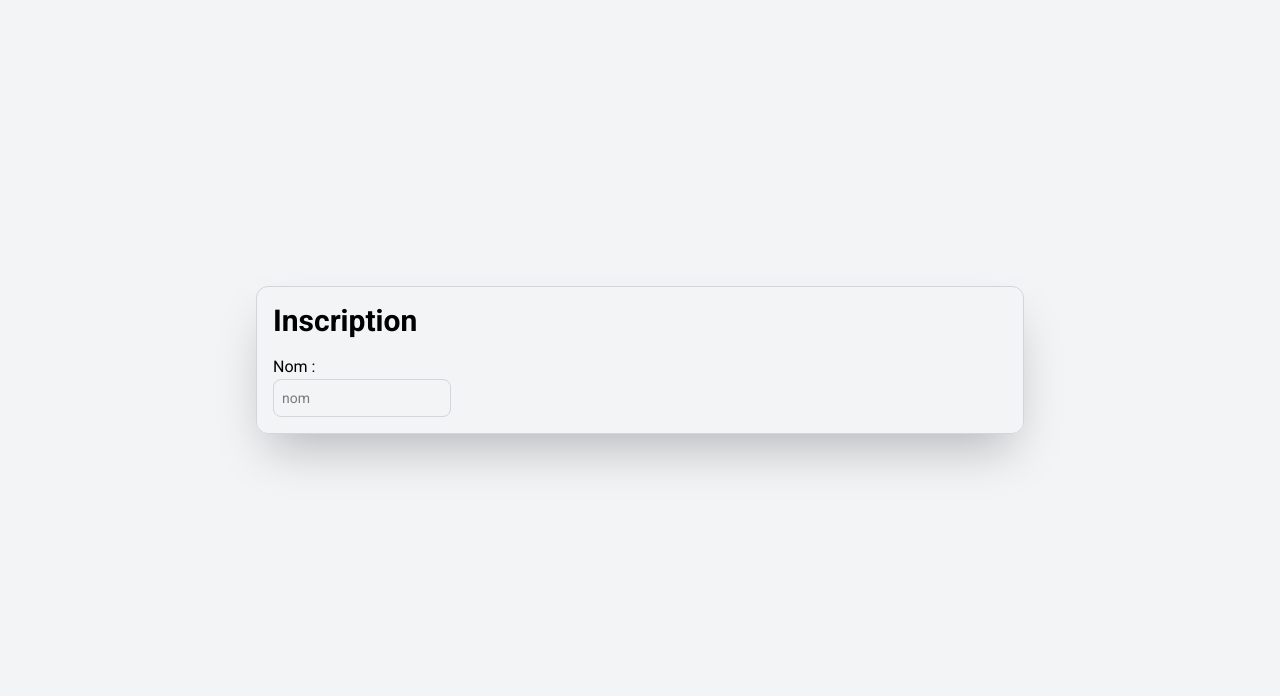
Repository: fahchouchsm/clubSportifWeb
Page: src/pages/inscription.html
These files come from the project's save history. The page is drawn as it stood at one moment and after the next save; the edit follows.
The browser window is 1280 px wide. The pictures show the whole page.

Above is the page before, as saved 2025-04-16 18:15:33.

### src/pages/inscription.html
<!doctype html>
<html lang="en">
  <head>
    <meta charset="UTF-8" />
    <meta name="viewport" content="width=device-width, initial-scale=1.0" />
    <link href="../css/output.css" rel="stylesheet" />
    <link rel="stylesheet" href="../css/main.css" />
    <title>Document</title>
  </head>
  <body>
    <div class="flex h-screen w-screen items-center justify-center bg-gray-100">
      <main
        class="mx-auto flex w-full max-w-3xl rounded-xl border border-gray-300 p-4 shadow-2xl"
      >
        <img src="" alt="" />
        <form action="" method="post" class="flex w-full flex-col gap-4">
          <h1 class="text-3xl font-bold">Inscription</h1>
          <div class="flex">
            <div class="">
              <label for="nom"> Nom : </label>
              <input
                class="block w-full rounded-lg border border-gray-300 bg-gray-50 p-2 ps-10 text-sm text-gray-900 focus:border-blue-500 focus:ring-blue-500"
                type="text"
                name="nom"
                id="nom"
                placeholder="nom"
              />
            </div>
          </div>
        </form>
      </main>
    </div>
  </body>
</html>

### src/css/main.css
@import url("https://fonts.googleapis.com/css2?family=Roboto:wght@400;700&display=swap");

body {
  font-family: "Roboto", sans-serif;
}

Loaded but not shown: src/css/output.css (1058 lines, source omitted)

After the next save:
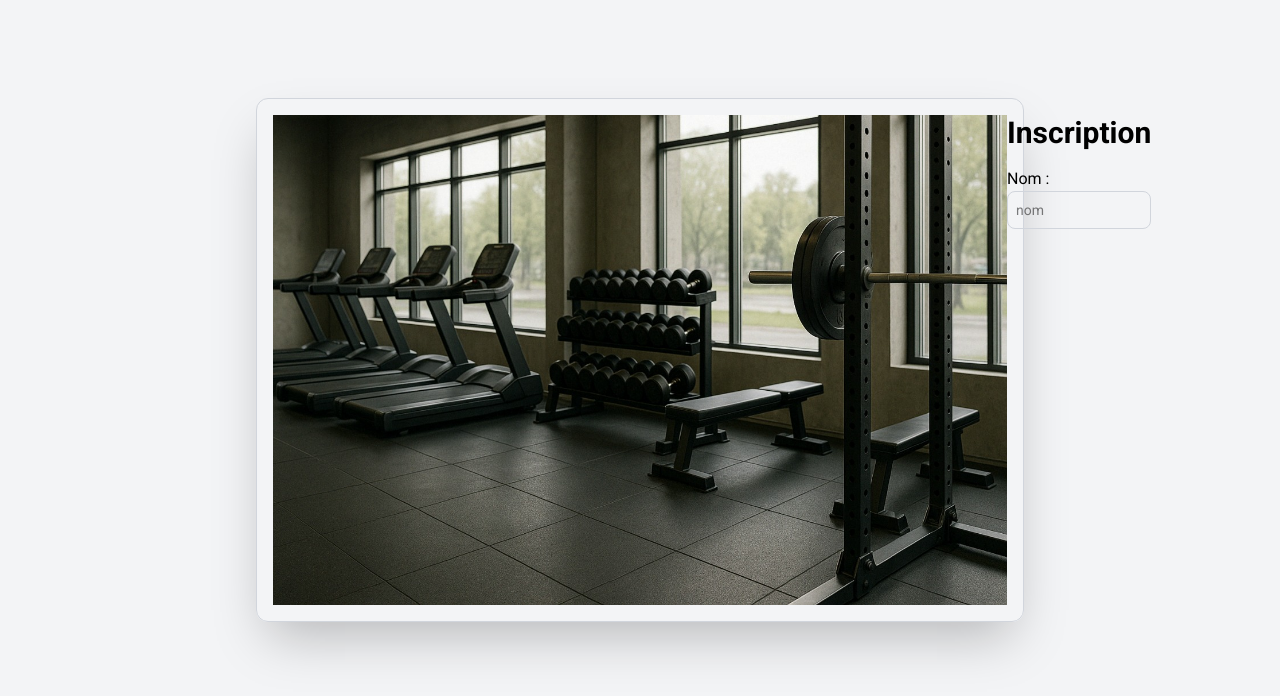
Saved 20 s later.
--- a/src/pages/inscription.html
+++ b/src/pages/inscription.html
@@ -12,7 +12,7 @@
       <main
         class="mx-auto flex w-full max-w-3xl rounded-xl border border-gray-300 p-4 shadow-2xl"
       >
-        <img src="" alt="" />
+        <img src="../../public/imgs/salleInterieur.jpeg" alt="" />
         <form action="" method="post" class="flex w-full flex-col gap-4">
           <h1 class="text-3xl font-bold">Inscription</h1>
           <div class="flex">
